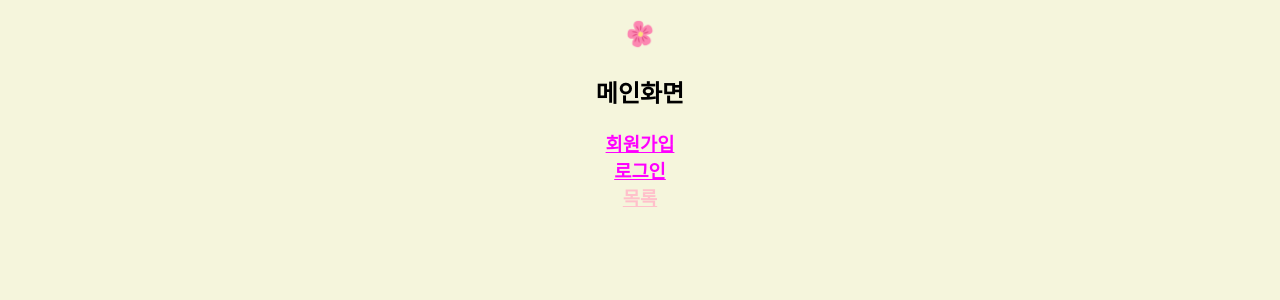
Repository: Gmajorlist/HTML
Page: http://localhost/miniProject_JSP/
These files come from the project's save history. The page is drawn as it stood at one moment and after the next save; the edit follows.
The browser window is 1280 px wide. The pictures show the whole page.
The page is served by Tomcat 9. Nobody is signed in. The application's start-up code is not run.

Above is the page before, as saved 2023-03-07 08:44:10.

After the next save:
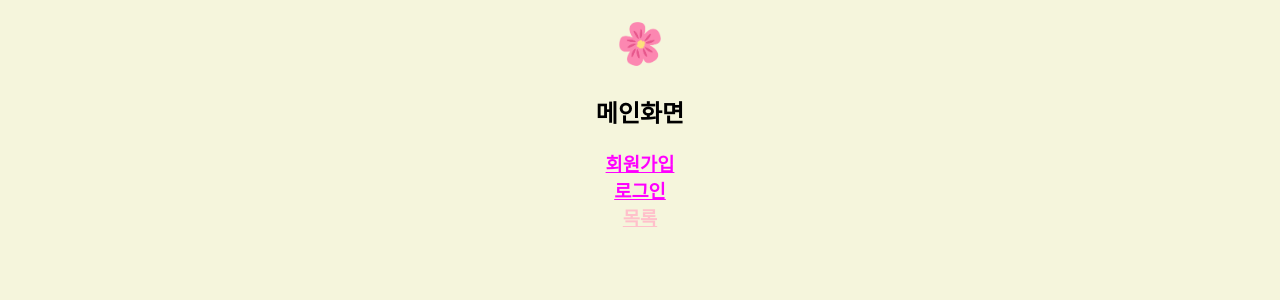
Saved 4 min 50 s later.
--- a/miniProject_JSP/src/main/webapp/index.jsp
+++ b/miniProject_JSP/src/main/webapp/index.jsp
@@ -15,8 +15,8 @@
 <body style="background-color:beige">
 <div style="text-align:center;">
 <h3>
- 		<img src="../image/vlvlan.png" width="30" height="30" alt="꼬"
-		onclick="location.href='../index.jsp'" style="cusor: pointer">
+ 		<img src="../img/vlvlan.png" width='50' height='50' onclick="location.href='../index.jsp'"
+ 		style="cursor: pointer;">
 </h3>
 <h2>   메인화면   </h2>
 <h3>

After the save that followed:
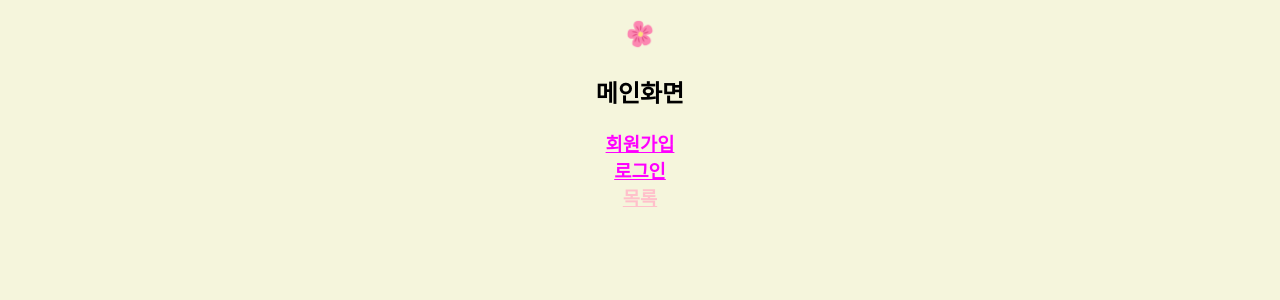
Saved 20 s later.
--- a/miniProject_JSP/src/main/webapp/index.jsp
+++ b/miniProject_JSP/src/main/webapp/index.jsp
@@ -15,7 +15,7 @@
 <body style="background-color:beige">
 <div style="text-align:center;">
 <h3>
- 		<img src="../img/vlvlan.png" width='50' height='50' onclick="location.href='../index.jsp'"
+ 		<img src="../img/vlvlan.png" width='30' height='30' onclick="location.href='../index.jsp'"
  		style="cursor: pointer;">
 </h3>
 <h2>   메인화면   </h2>
